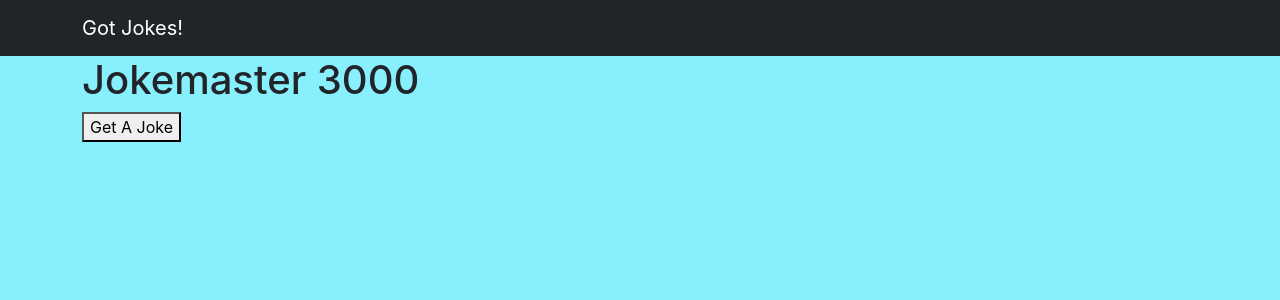
Repository: jontslater/LAB-joke-generator-react
Page: /
The author's editor kept a copy of each file at every save. The page is drawn from the files as they stood at one save, then again after the next save.
The browser window is 1280 px wide. The pictures show the whole page.
The page's requests for data from a server got no answer. The project was rebuilt for these pictures with package versions that can differ from the ones it lists, and the page was loaded fresh each time. The framework's server and built-in components were replaced by stand-ins that run in the browser. No one was signed in, and anything a server would have sent is missing. Also part of the build but not shown: next.config.js.

Above is the page before, as saved 2024-01-09 17:07:57.

### pages/_app.js
/* eslint-disable react/prop-types */
import 'bootstrap/dist/css/bootstrap.min.css';
import '../styles/globals.css';
import NavBar from '../components/NavBar';

function MyApp({ Component, pageProps }) {
  return (
    <>
      <NavBar />
      <div className="container">
        <Component {...pageProps} />
      </div>
    </>
  );
}

export default MyApp;

### pages/index.js
import React from 'react';
import Jokes from '../components/Jokes';

function Home() {
  return (
    <>
      <Jokes />
    </>
  );
}

export default Home;

### components/NavBar.js
/* eslint-disable jsx-a11y/anchor-is-valid */
import React from 'react';
import Link from 'next/link';
import {
  Navbar, Container, Nav,
} from 'react-bootstrap';

export default function NavBar() {
  return (
    <Navbar collapseOnSelect expand="lg" bg="dark" variant="dark">
      <Container>
        <Link passHref href="/">
          <Navbar.Brand>Got Jokes!</Navbar.Brand>
        </Link>
        <Navbar.Toggle aria-controls="responsive-navbar-nav" />
        <Navbar.Collapse id="responsive-navbar-nav">
          <Nav className="me-auto">
            {/* CLOSE NAVBAR ON LINK SELECTION: https://stackoverflow.com/questions/72813635/collapse-on-select-react-bootstrap-navbar-with-nextjs-not-working */}
            {/* <Link passHref href="/">
              <Nav.Link>Home</Nav.Link>
            </Link> */}
          </Nav>
        </Navbar.Collapse>
      </Container>
    </Navbar>
  );
}

### components/Jokes.js
import { useEffect, useState } from 'react';

function Jokes() {
  function getJokes() {
    fetch('https://v2.jokeapi.dev/joke/Programming?safe-mode&type=twopart')
      .then((response) => response.json())
      .then((data) => {
        setJokes([...jokes, data.setup, data.delivery]);
      });
  }
  const [jokes, setJokes] = useState([]);
  useEffect(() => {
    getJokes();
  }, []);

  const handleClick = () => {
    setButtonText('get another joke');
  };

  const initialValue = 'Get A Joke';
  const [buttonText, setButtonText] = useState(initialValue);
  return (
    <>
      <h1>Jokemaster 3000</h1>
      <button type="button" onClick={getJokes}>{buttonText}</button>
      <h1>{jokes.map((setup) => <p>{setup}</p>)}
      </h1>
    </>
  );
}

export default Jokes;

Loaded but not shown: styles/globals.css (common file)

After the next save:
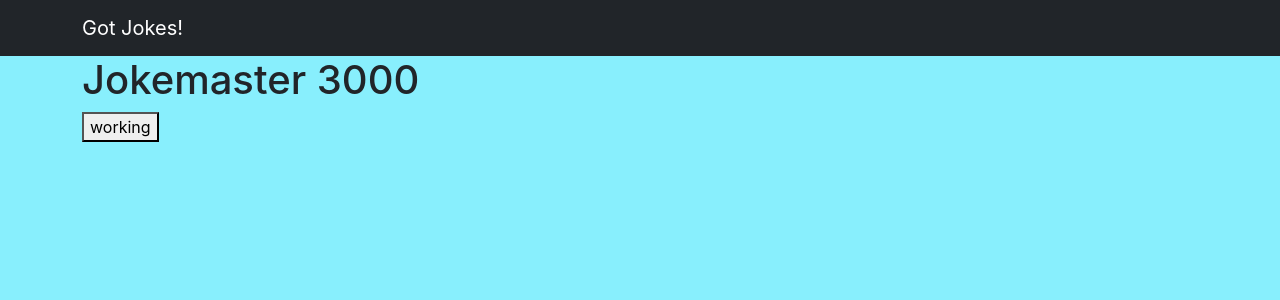
Saved 16 s later.
--- a/components/Jokes.js
+++ b/components/Jokes.js
@@ -17,7 +17,7 @@
     setButtonText('get another joke');
   };
 
-  const initialValue = 'Get A Joke';
+  const initialValue = 'working';
   const [buttonText, setButtonText] = useState(initialValue);
   return (
     <>

After the save that followed:
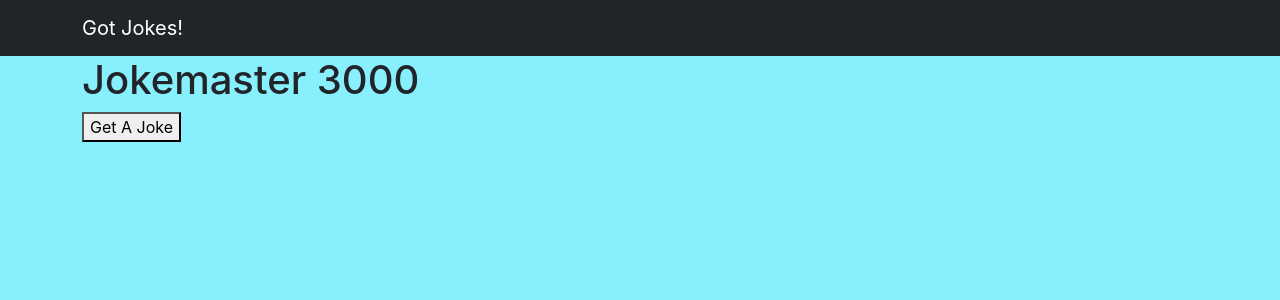
Saved 12 s later.
--- a/components/Jokes.js
+++ b/components/Jokes.js
@@ -17,7 +17,7 @@
     setButtonText('get another joke');
   };
 
-  const initialValue = 'working';
+  const initialValue = 'Get A Joke';
   const [buttonText, setButtonText] = useState(initialValue);
   return (
     <>
